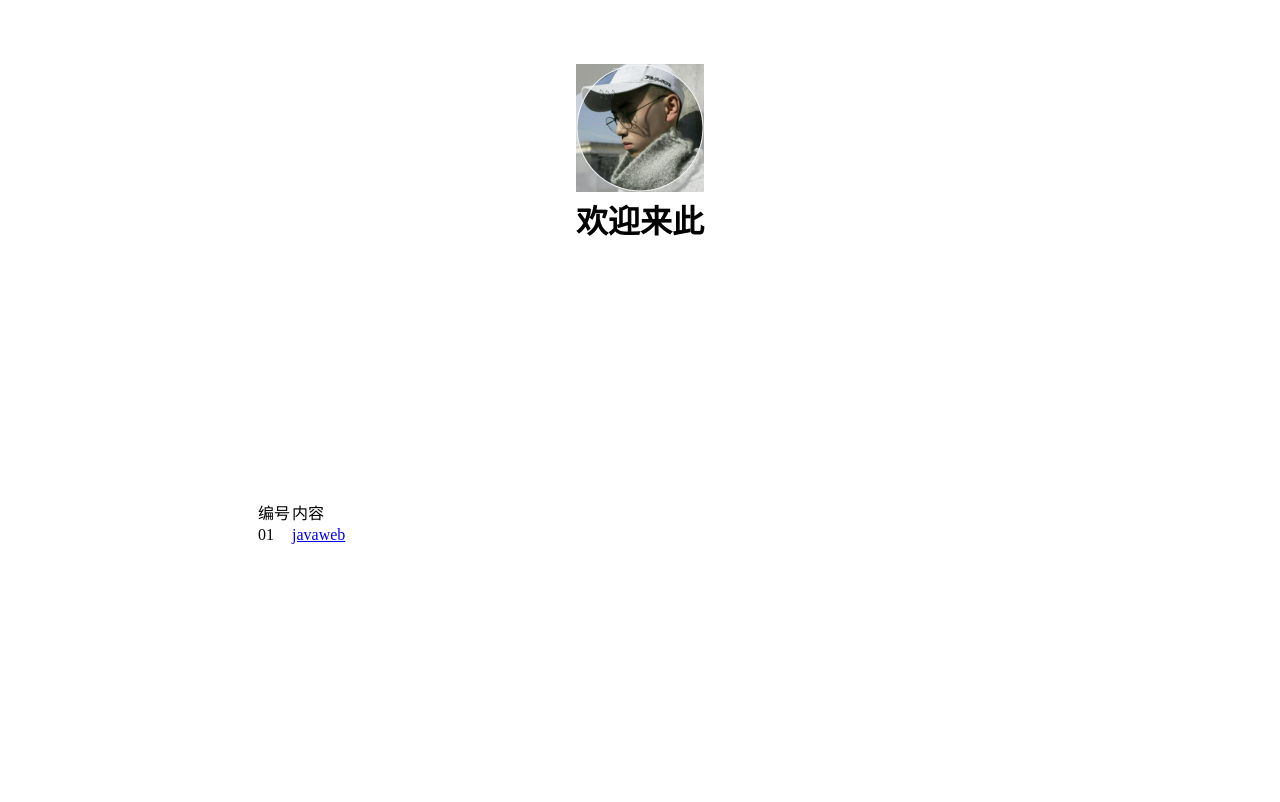
Repository: FengMo1314/JavaWeb
Page: http://localhost/JavaWeb_chen/
An editor plug-in stored every save of this project. The page is shown before and after the next save, followed by the edit.
The browser window is 1280 px wide. The pictures show the whole page.
The page is served by Tomcat 10.

Above is the page before, as saved 2022-11-19 14:18:29.

After the next save:
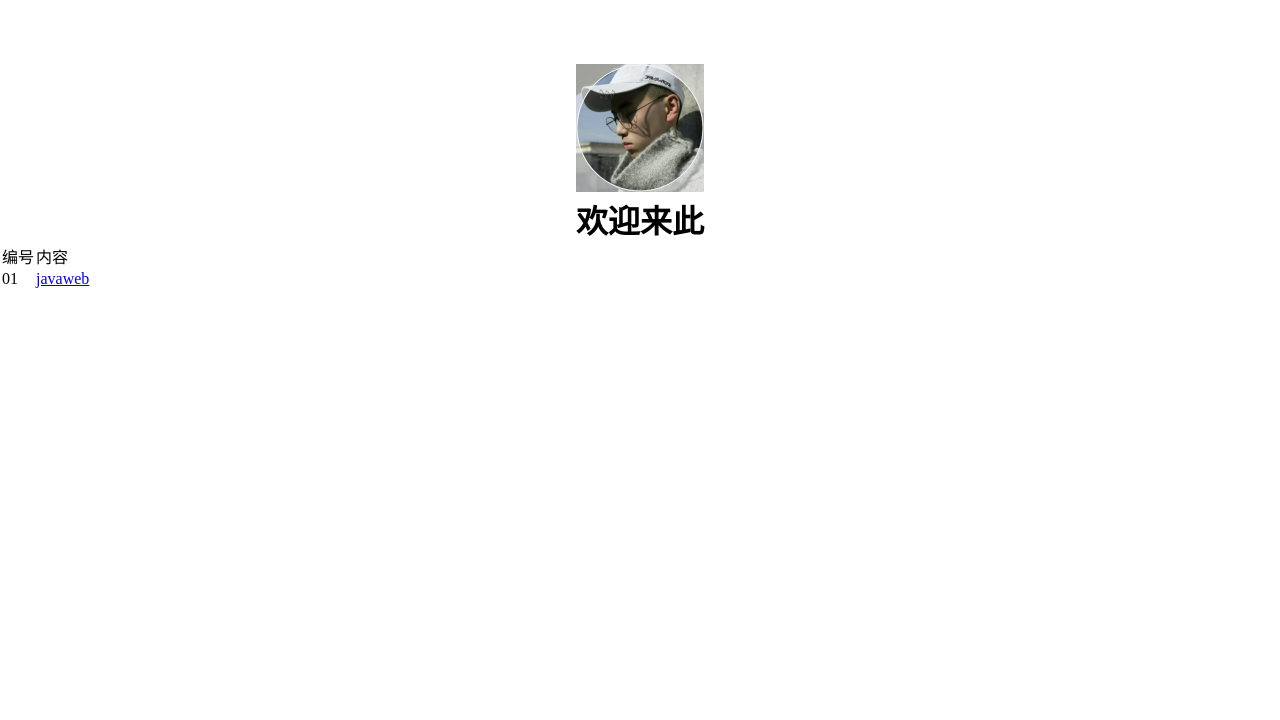
Saved 33 s later.
--- a/JavaWeb&chen/src/main/webapp/css/index/index.css
+++ b/JavaWeb&chen/src/main/webapp/css/index/index.css
@@ -17,6 +17,5 @@ h1{
 	text-align: center;
 }
 table {
-	border: 20%;
-	margin: 20%;
+	border:5%;
 }
